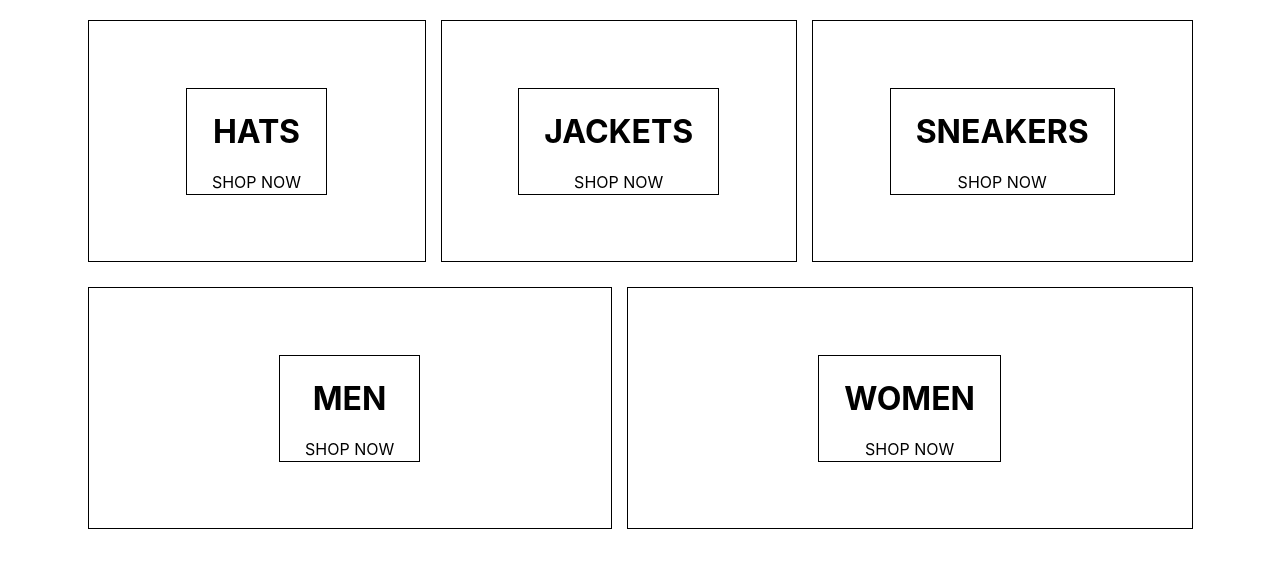
Repository: nepfri/crwn-clothing
Page: /
An editor plug-in stored every save of this project. The page is shown before and after the next save, followed by the edit.
The browser window is 1280 px wide. The pictures show the whole page.
The project was rebuilt for these pictures with package versions that can differ from the ones it lists, and the page was loaded fresh each time. Also part of the build but not shown: src/App.css.

Above is the page before, as saved 2021-10-13 14:07:38.

### src/App.js
import "./App.css";
import Homepage from "./homepage.component";

function App() {
  return (
    <div>
      <Homepage></Homepage>
    </div>
  );
}

export default App;

### src/homepage.component.jsx
import React from "react";
import './homepage.styles.scss';

const Homepage = () => {
  return (
    <div className="homepage">
      <div className="directory-menu">
        <div className="menu-item">
          <div className="content">
            <h1 classname="title">HATS</h1>
            <span classname="subtitle">SHOP NOW</span>
          </div>
        </div>

        <div className="menu-item">
          <div className="content">
            <h1 classname="title">JACKETS</h1>
            <span classname="subtitle">SHOP NOW</span>
          </div>
        </div>

        <div className="menu-item">
          <div className="content">
            <h1 classname="title">SNEAKERS</h1>
            <span classname="subtitle">SHOP NOW</span>
          </div>
        </div>

        <div className="menu-item">
          <div className="content">
            <h1 classname="title">MEN</h1>
            <span classname="subtitle">SHOP NOW</span>
          </div>
        </div>

        <div className="menu-item">
          <div className="content">
            <h1 classname="title">WOMEN</h1>
            <span classname="subtitle">SHOP NOW</span>
          </div>
        </div>
      </div>
    </div>
  );
};

export default Homepage;

### src/homepage.styles.scss
.homepage {
  display: flex;
  flex-direction: column;
  align-items: center;
  padding: 20px 80px;
}

.directory-menu {
  width: 100%;
  display: flex;
  flex-wrap: wrap;
  justify-content: space-between;
}

.menu-item {
  min-width: 30%;
  height: 240px;
  flex: 1 1 auto;
  display: flex;
  align-items: center;
  justify-content: center;
  border: 1px solid black;
  margin: 0 7.5px 25px;

  &:first-child {
    margin-right: 7.5px;
  }

  &:last-child {
    margin-left: 7.5px;
  }

  .content {
    height: 105px;
    padding: 0 25px;
    display: flex;
    flex-direction: column;
    align-items: center;
    justify-content: center;
    border: 1px solid black;
  }

  .title {
    font-weight: bold;
    margin-bottom: 6px;
    font-size: 22px;
    color: #4a4a4a;
  }

  .subtitle {
    font-weight: lighter;
    font-size: 16px;
  }
}

Loaded but not shown: public/index.html (common file); src/index.js (common file); src/index.css (common file)

After the next save:
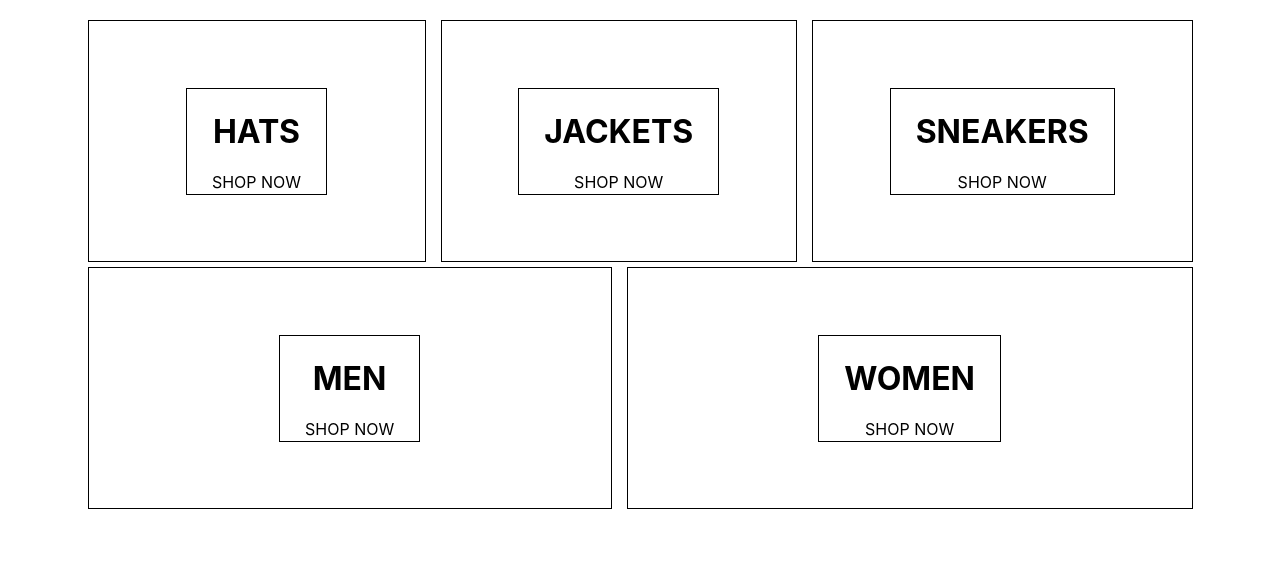
Saved 8 s later.
--- a/src/homepage.styles.scss
+++ b/src/homepage.styles.scss
@@ -20,7 +20,7 @@
   align-items: center;
   justify-content: center;
   border: 1px solid black;
-  margin: 0 7.5px 25px;
+  margin: 0 7.5px 5px;
 
   &:first-child {
     margin-right: 7.5px;
